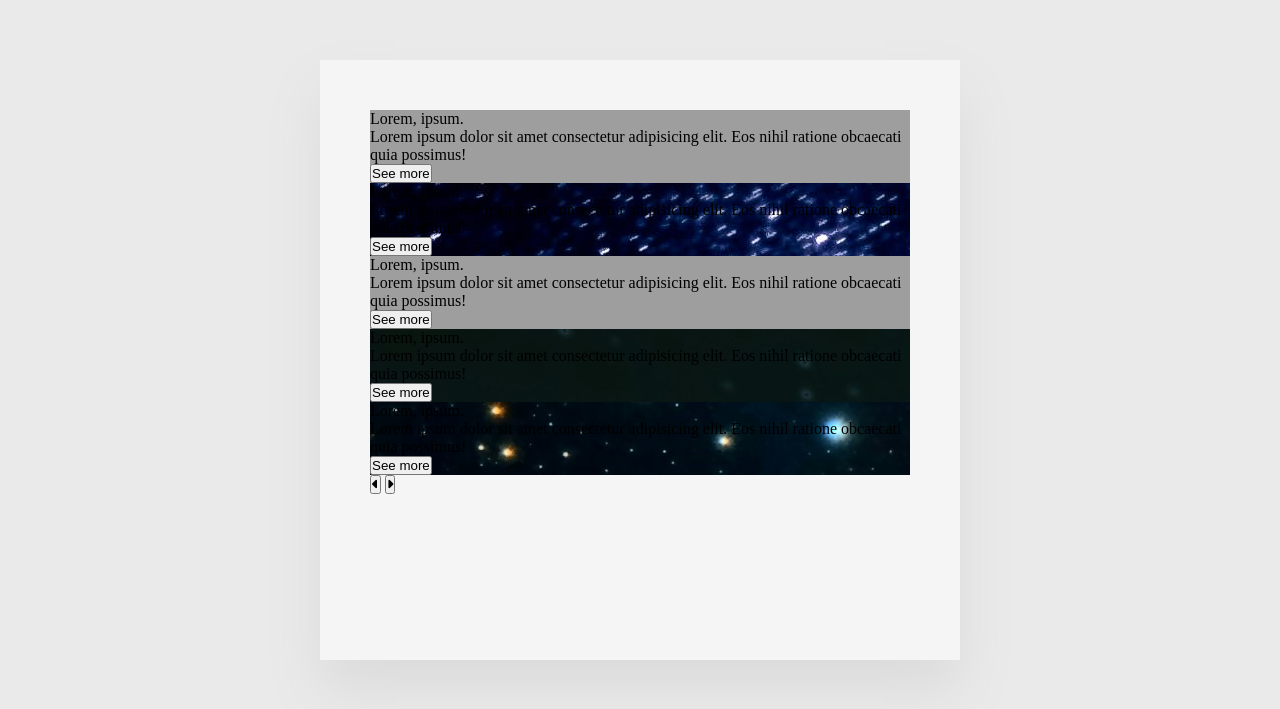
Repository: zeinawady/-Image-Slider-Project
Page: index.html
An editor plug-in stored every save of this project. The page is shown before and after a run of saves, followed by the edit.
The browser window is 1280 px wide. The pictures show the whole page.
Pictures or frames that could not be fetched are drawn as grey boxes.

Above is the page before, as saved 2024-09-19 16:21:36.

After the next 4 saves:
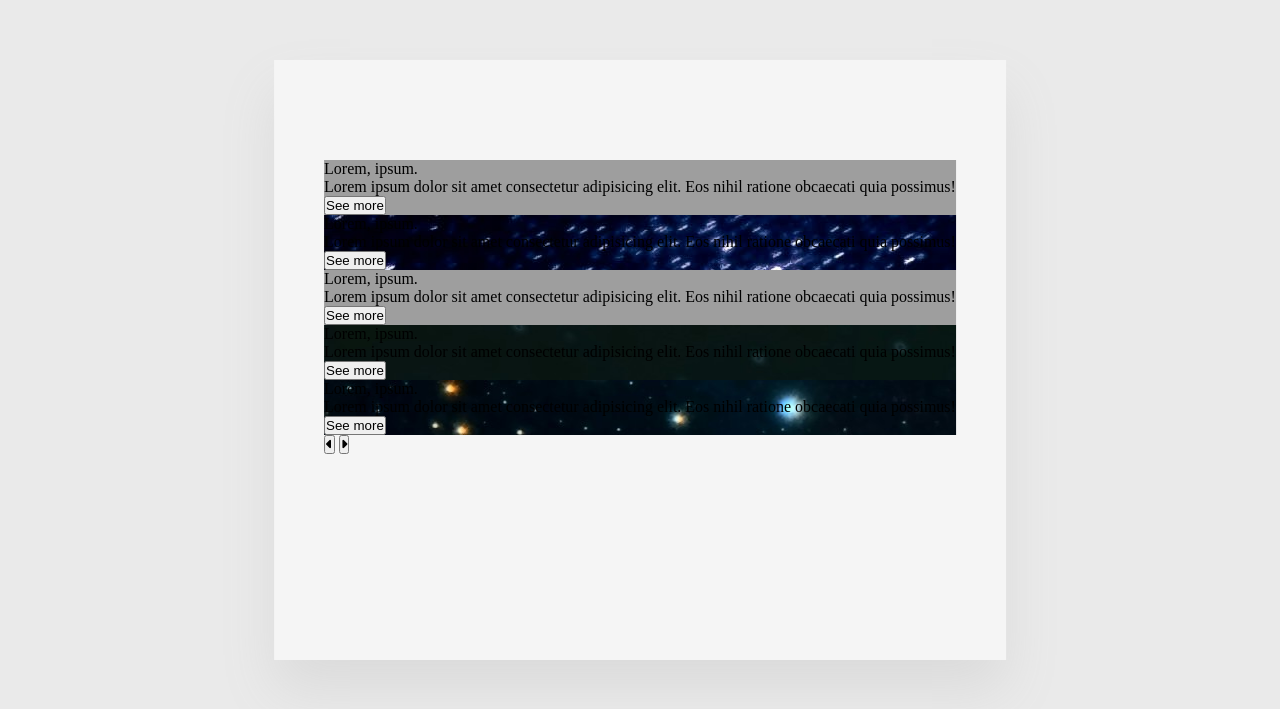
The 4 saves are shown as one change because they came seconds apart.
The last was saved 15 s later.
--- a/css/style.css
+++ b/css/style.css
@@ -35,3 +35,7 @@ body{
         padding: 10px; /* Add some padding for content */
     }
 }
+#slide{
+    width: max-content;
+    margin-top: 50px;
+}
